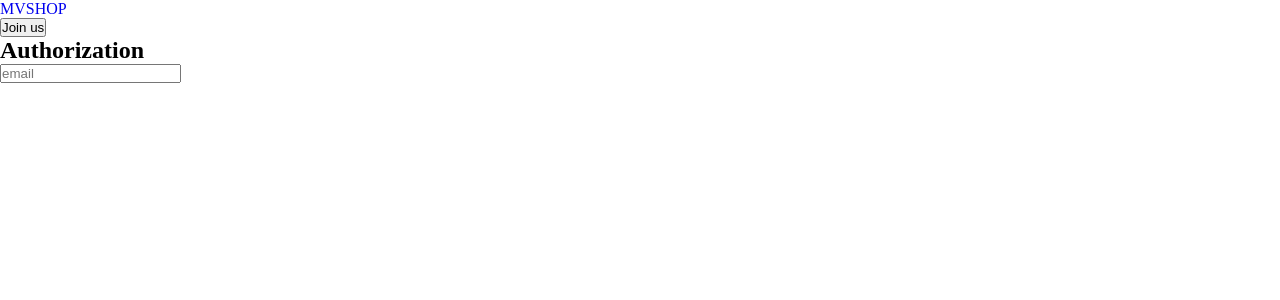
Repository: Mirsmog/VIP-SHOP
Page: /login (app in client/)
An editor plug-in stored every save of this project. The page is shown before and after the next save, followed by the edit.
The browser window is 1280 px wide. The pictures show the whole page.
The project was rebuilt for these pictures with package versions that can differ from the ones it lists, and the page was loaded fresh each time. Also part of the build but not shown: client/vite.config.js, client/src/pages/Admin.tsx, client/src/pages/DevicePage.tsx, client/src/pages/Shop.jsx, client/src/pages/Basket.jsx.

Above is the page before, as saved 2023-11-02 19:30:33.

### client/src/main.jsx
import React from 'react';
import ReactDOM from 'react-dom/client';
import App from './App.jsx';
import userStore from './store/userStore.js';
import deviceStore from './store/deviceStore.js';
export const Context = React.createContext(null);

ReactDOM.createRoot(document.getElementById('root')).render(
  <React.StrictMode>
    <Context.Provider
      value={{
        user: new userStore(),
        device: new deviceStore(),
      }}
    >
      <App />
    </Context.Provider>
  </React.StrictMode>
);

### client/src/App.jsx
import { BrowserRouter } from 'react-router-dom';
import './App.css';
import AppRouter from './components/AppRouter';
import NavBar from './components/NavBar';

function App() {
  const isAuth = false;
  return (
    <BrowserRouter>
      <NavBar />
      <AppRouter />
    </BrowserRouter>
  );
}

export default App;

### client/src/store/userStore.js
import { makeAutoObservable } from 'mobx';
export default class userStore {
  constructor() {
    this._isAuth = false;
    this._user = {};
    makeAutoObservable(this);
  }
  setIsAuth(bool) {
    this._isAuth = bool;
  }
  setUser(user) {
    this._user = user;
  }
  get isAuth() {
    return this._isAuth;
  }
  get user() {
    return this._user;
  }
}

### client/src/store/deviceStore.js
import { makeAutoObservable } from 'mobx';
export default class deviceStore {
  constructor() {
    this._types = [
      { id: 1, name: 'phones' },
      { id: 2, name: 'laptops' },
    ];
    this._brands = [
      { id: 1, name: 'xiaomi' },
      { id: 2, name: 'lenovo' },
    ];
    this._devices = [
      {
        id: 1,
        name: 'iphone 12 max pro',
        price: 98000,
        rating: 5,
        img: 'https://www.tradeinn.com/f/13782/137821846/apple-iphone-12-pro-max-6gb-128gb-67-%D0%B4%D1%8E%D0%B9%D0%BC%D0%B0.jpg',
      },
      {
        id: 2,
        name: 'iphone 12 max pro',
        price: 98000,
        rating: 5,
        img: 'https://www.tradeinn.com/f/13782/137821846/apple-iphone-12-pro-max-6gb-128gb-67-%D0%B4%D1%8E%D0%B9%D0%BC%D0%B0.jpg',
      },
      {
        id: 3,
        name: 'iphone 12 max pro',
        price: 98000,
        rating: 5,
        img: 'https://www.tradeinn.com/f/13782/137821846/apple-iphone-12-pro-max-6gb-128gb-67-%D0%B4%D1%8E%D0%B9%D0%BC%D0%B0.jpg',
      },
      {
        id: 4,
        name: 'iphone 12 max pro',
        price: 98000,
        rating: 5,
        img: 'https://www.tradeinn.com/f/13782/137821846/apple-iphone-12-pro-max-6gb-128gb-67-%D0%B4%D1%8E%D0%B9%D0%BC%D0%B0.jpg',
      },
    ];
    makeAutoObservable(this);
  }
  setTypes(types) {
    this._types = types;
  }
  setBrands(brands) {
    this._brands = brands;
  }
  setDevices(devices) {
    this._devices = devices;
  }

  get types() {
    return this._types;
  }
  get brands() {
    return this._brands;
  }
  get devices() {
    return this._devices;
  }
}

### client/src/App.css
* {
  margin: 0;
  padding: 0;
}



a{
  text-decoration: none;
}

### client/src/components/AppRouter.jsx
import React from 'react';
import { Route, Routes, redirect } from 'react-router-dom';
import { authRoutes, publicRoutes } from '../routes';
import { Context } from '../main';

function AppRouter() {
  const { user } = React.useContext(Context);
  return (
    <Routes>
      {user.isAuth &&
        authRoutes.map(({ path, Component }) => (
          <Route key={path} path={path} element={Component}></Route>
        ))}
      {publicRoutes.map(({ path, Component }) => (
        <Route key={path} path={path} element={<Component />}></Route>
      ))}
    </Routes>
  );
}

export default AppRouter;

### client/src/components/NavBar.jsx
import React from 'react';
import Container from 'react-bootstrap/Container';
import Nav from 'react-bootstrap/Nav';
import Navbar from 'react-bootstrap/Navbar';
import Button from 'react-bootstrap/Button';
import { NavLink } from 'react-router-dom';
import { SHOP_ROUTE } from '../utils/consts';
import { observer } from 'mobx-react-lite'; // Or "mobx-react".
import { Context } from '../main';

const NavBar = observer(() => {
  const { user } = React.useContext(Context);
  return (
    <Navbar bg='dark' data-bs-theme='dark' variant='dark'>
      <Container>
        <NavLink
          className='text-success text-2xl h3 font-weight-bold '
          to={SHOP_ROUTE}
        >
          MVSHOP
        </NavLink>
        {user.isAuth ? (
          <Nav className=' ml-auto gap-2'>
            <Button variant={'outline-light'}>Moderate</Button>
            <Button variant={'outline-light'}>Log in</Button>
          </Nav>
        ) : (
          <Nav className=' ml-auto'>
            <Button variant={'outline-light'}>Join us</Button>
          </Nav>
        )}
      </Container>
    </Navbar>
  );
});

export default NavBar;

### client/src/routes.js
import Admin from './pages/Admin';
import Auth from './pages/Auth';
import DevicePage from './pages/DevicePage';
import Shop from './pages/Shop';
import Basket from './pages/Basket';
import {
  ADMIN_ROUTE,
  BASKET_ROUTE,
  DEVICE_ROUTE,
  LOGIN_ROUTE,
  REGISTRATION_ROUTE,
  SHOP_ROUTE,
} from './utils/consts';

export const authRoutes = [
  {
    path: ADMIN_ROUTE,
    Component: Admin,
  },
  {
    path: BASKET_ROUTE,
    Component: Basket,
  },
];

export const publicRoutes = [
  {
    path: SHOP_ROUTE,
    Component: Shop,
  },
  {
    path: LOGIN_ROUTE,
    Component: Auth,
  },
  {
    path: REGISTRATION_ROUTE,
    Component: Auth,
  },
  {
    path: DEVICE_ROUTE + '/:id',
    Component: DevicePage,
  },
];

### client/src/utils/consts.js
export const ADMIN_ROUTE = '/admin';
export const LOGIN_ROUTE = '/login';
export const REGISTRATION_ROUTE = '/registration';
export const SHOP_ROUTE = '/';
export const BASKET_ROUTE = '/basket';
export const DEVICE_ROUTE = '/device';

### client/src/pages/Auth.jsx
import React from 'react';
import Container from 'react-bootstrap/esm/Container';
import Form from 'react-bootstrap/esm/Form';
import Card from 'react-bootstrap/esm/Card';

function Auth() {
  return (
    <Container
      className='d-flex justify-content-center align-items-center'
      style={{ height: window.innerHeight - 57 }}
    >
      <Card style={{ width: 600 }} className='p-5'>
        <h2 className='m-auto'>Authorization</h2>
        <Form className='d-flex flex-column'>
          <Form.Control className='mt-2' placeholder='email'>

          </Form.Control>
        </Form>
      </Card>
    </Container>
  );
}

export default Auth;

After the next save:
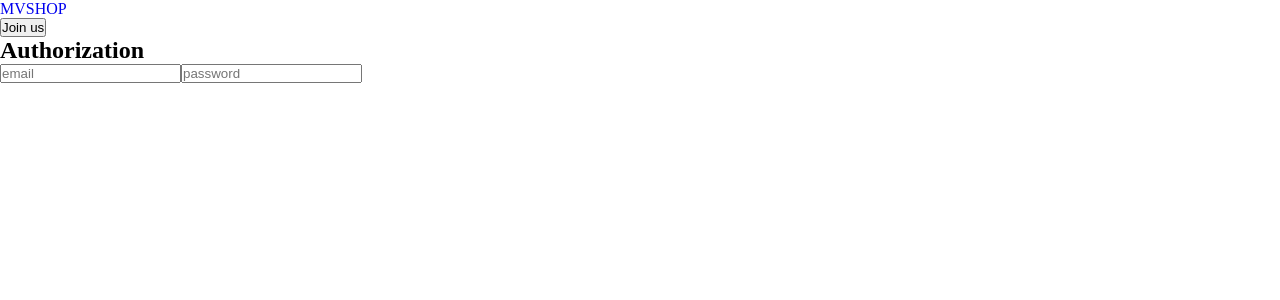
Saved 21 s later.
--- a/client/src/pages/Auth.jsx
+++ b/client/src/pages/Auth.jsx
@@ -12,9 +12,8 @@ function Auth() {
       <Card style={{ width: 600 }} className='p-5'>
         <h2 className='m-auto'>Authorization</h2>
         <Form className='d-flex flex-column'>
-          <Form.Control className='mt-2' placeholder='email'>
-
-          </Form.Control>
+          <Form.Control className='mt-2' placeholder='email' />
+          <Form.Control className='mt-2' placeholder='password' />
         </Form>
       </Card>
     </Container>
